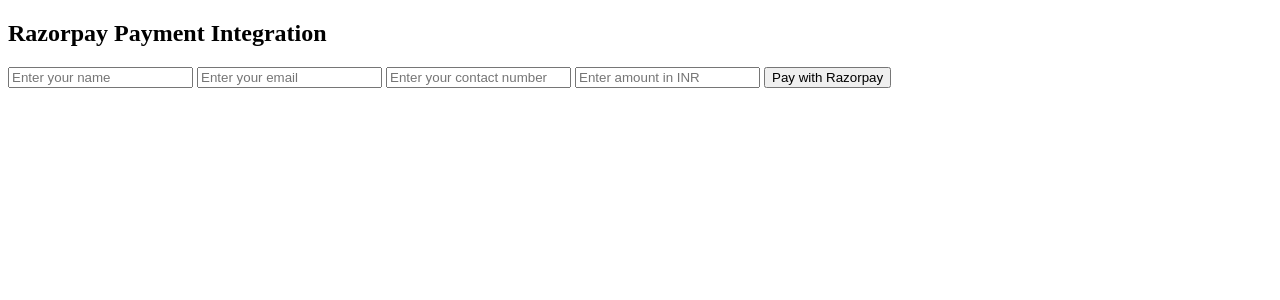
Repository: SharonSebastian32/razorpaypaymentgateway_implementation
Page: checkout.html
The author's editor kept a copy of each file at every save. The page is drawn from the files as they stood at one save, then again after a run of saves.
The browser window is 1280 px wide. The pictures show the whole page.

Above is the page before, as saved 2024-08-08 18:53:50.

### checkout.html
<!DOCTYPE html>
<html lang="en">
  <head>
    <meta charset="UTF-8" />
    <meta name="viewport" content="width=device-width, initial-scale=1.0" />
    <title>Razorpay Payment Integration</title>
  </head>
  <body>
    <h2>Razorpay Payment Integration</h2>
    <form id="paymentForm">
      <input type="text" id="name" placeholder="Enter your name" required />
      <input type="email" id="email" placeholder="Enter your email" required />
      <input
        type="text"
        id="contact"
        placeholder="Enter your contact number"
        required
      />
      <input
        type="number"
        id="amount"
        placeholder="Enter amount in INR"
        required
      />
       <button id="rzp-button1" type="submit">Pay with Razorpay</button>
    </form>
    <script src="./paymentGateway.js"></script>
    <!-- Razorpay Script -->
    <script src="https://checkout.razorpay.com/v1/checkout.js"></script>
  </body>
</html>

### paymentGateway.js
document.getElementById("paymentForm").addEventListener("submit", function (e) {
  e.preventDefault();
  var name = document.getElementById("name").value;
  var email = document.getElementById("email").value;
  var contact = document.getElementById("contact").value;
  var amount = document.getElementById("amount").value * 100;
  // Convert amount to paise

  var options = {
    key: "rzp_test_gCzBTQcb92KH3e", // Enter the Key ID generated from the Dashboard
    amount: amount.toString(), // Amount in currency subunits (100 paise = 1 INR)
    currency: "INR",
    name: "Ozwalz Events",
    description: "Thank You for booking event with Ozwalz Events",
    image: "./assets/images/logo.png",

    handler: function (response) {
      // Handle the response from Razorpay after payment
      // You can redirect to another page or save the response to your database
    },
    prefill: {
      name: name,
      email: email,
      contact: contact,
    },
    notes: {
      description: "Thank You for booking event with Ozwalz Events",
    },
    theme: {
      color: "#red",
    },
  };

  var rzp1 = new Razorpay(options);
  rzp1.open();
});

After the next 2 saves:
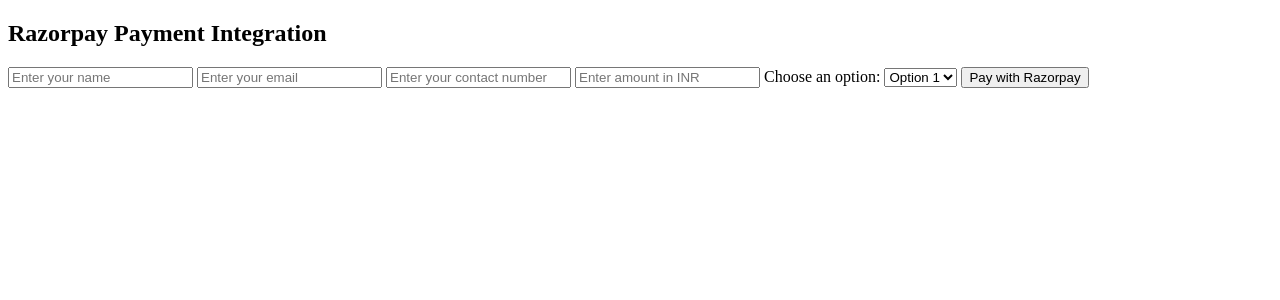
The 2 saves are shown as one change because they came seconds apart.
The last was saved 42 s later.
--- a/checkout.html
+++ b/checkout.html
@@ -22,6 +22,14 @@
         placeholder="Enter amount in INR"
         required
       />
+
+      <label for="choices">Choose an option:</label>
+<select id="choices" name="choices">
+  <option value="option1">Option 1</option>
+  <option value="option2">Option 2</option>
+  <option value="option3">Option 3</option>
+</select>
+
        <button id="rzp-button1" type="submit">Pay with Razorpay</button>
     </form>
     <script src="./paymentGateway.js"></script>
